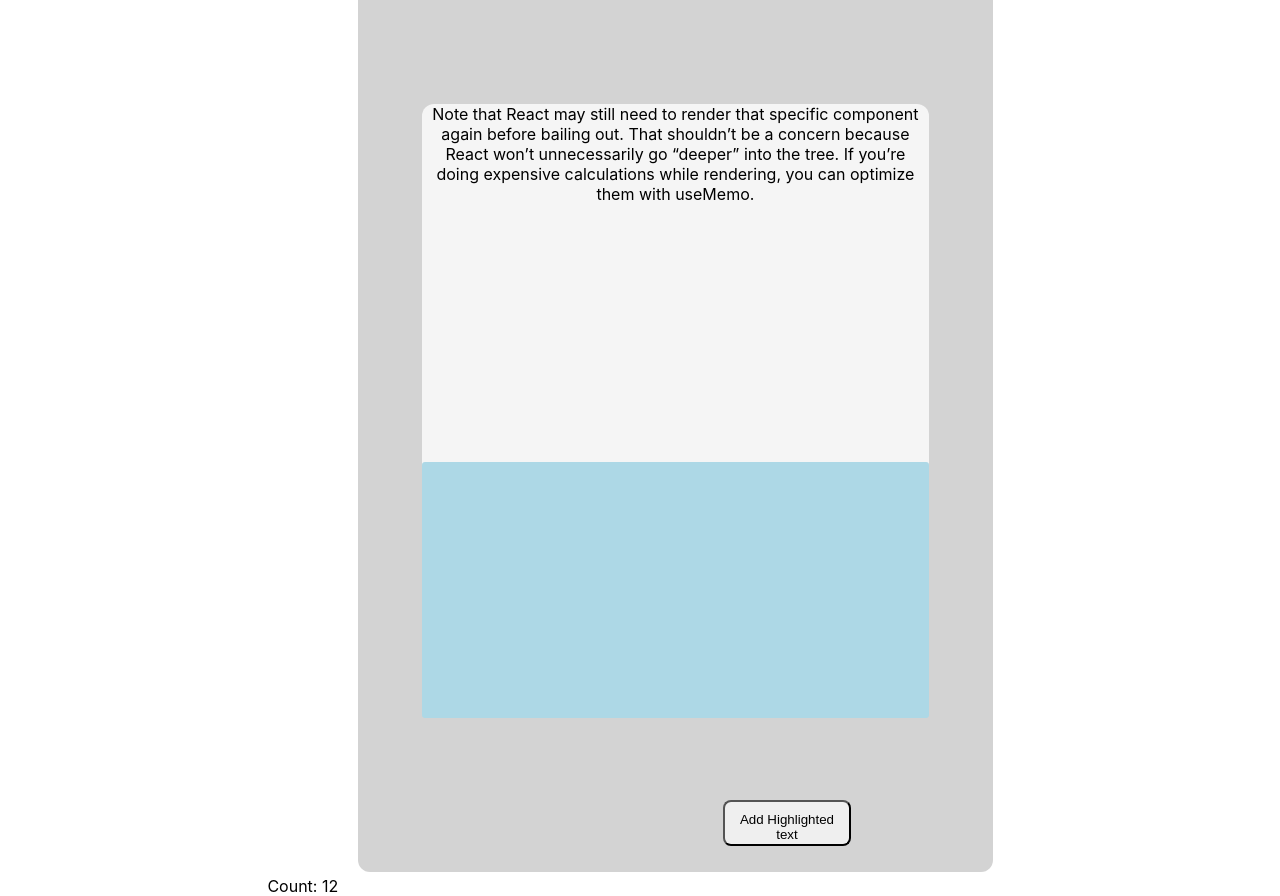
Repository: Farbod29/React-text-highlighter-with-hook-
Page: /
An editor plug-in stored every save of this project. The page is shown before and after a run of saves, followed by the edit.
The browser window is 1280 px wide. The pictures show the part of the page from y = 428 to 1324 px (the page is 1324 px tall).
The project was rebuilt for these pictures with package versions that can differ from the ones it lists, and the page was loaded fresh each time.

Above is the page before, as saved 2022-02-18 23:17:24.

After the next 3 saves:
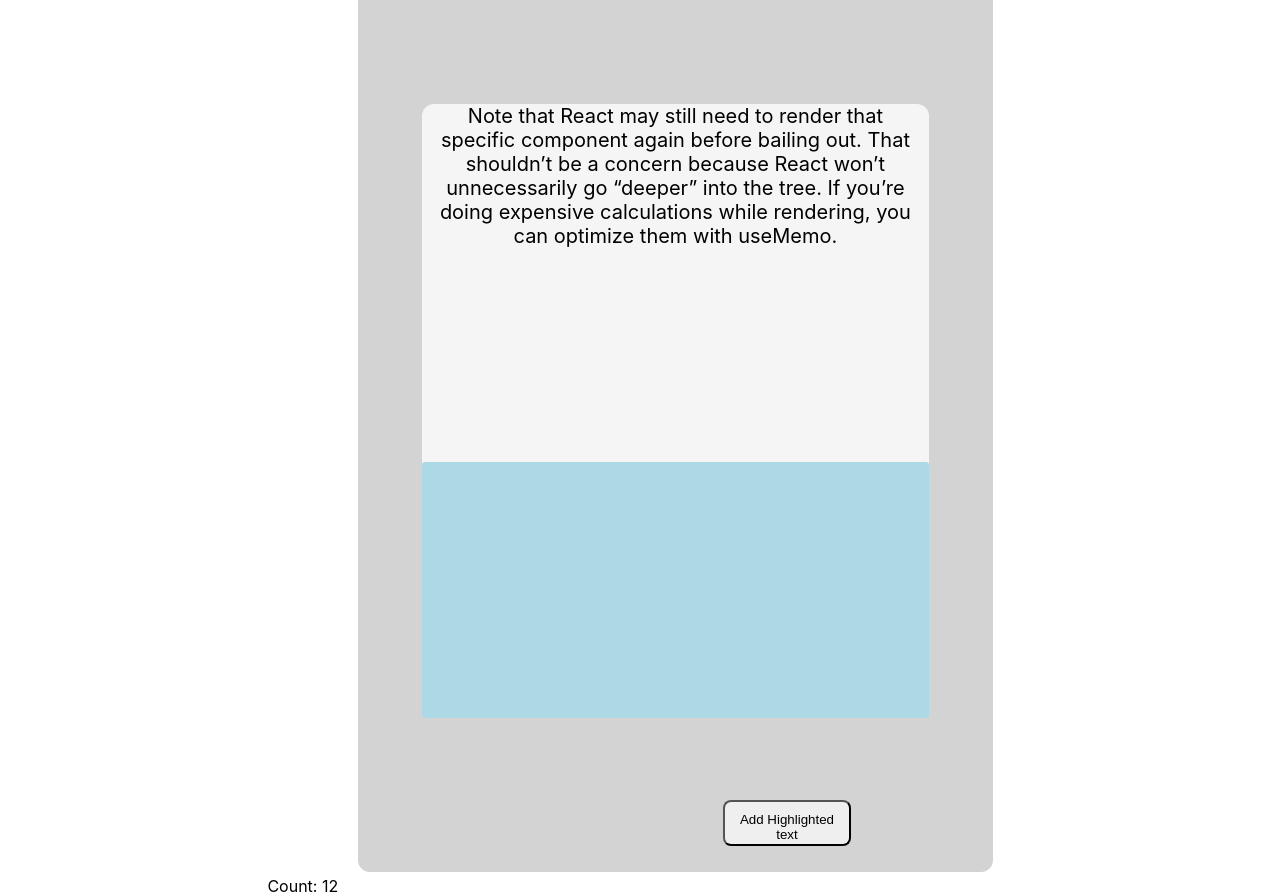
The 3 saves are shown as one change because they came seconds apart.
The last was saved 15 s later.
--- a/src/highlighter.js
+++ b/src/highlighter.js
@@ -49,6 +49,7 @@ export default function Highlighter() {
             top: '40vw',
             borderRadius: '12px',
             position: 'absolute',
+            fontSize: '20px',
           }}
         >
           Note that React may still need to render that specific component again
